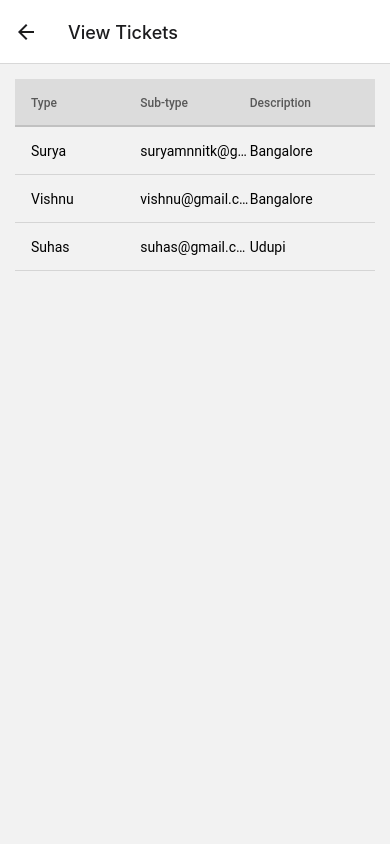
Repository: VishnuJG/Metro-Employee-App
Screen: /View Tickets
An editor plug-in stored every save of this project. The screen is shown before and after the next save, followed by the edit.
The app was drawn by React Native's web renderer in a window 390 px wide. The project was rebuilt for these pictures with package versions that can differ from the ones it lists, and the page was loaded fresh each time. Also part of the build but not shown: components/Task.js, components/EmployeeForm.js.

Above is the screen before, as saved 2022-06-30 16:02:09.

After the next save:
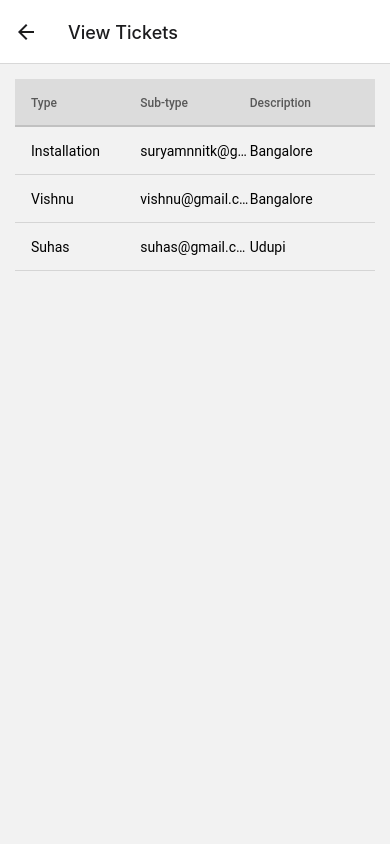
Saved 24 s later.
--- a/components/EmployeeTable.js
+++ b/components/EmployeeTable.js
@@ -4,7 +4,7 @@ import { DataTable } from 'react-native-paper';
 
 const employees = [
     {
-        name:'Surya',
+        name:'Installation',
         email:'suryamnnitk@gmail.com',
         location:'Bangalore'
     },
